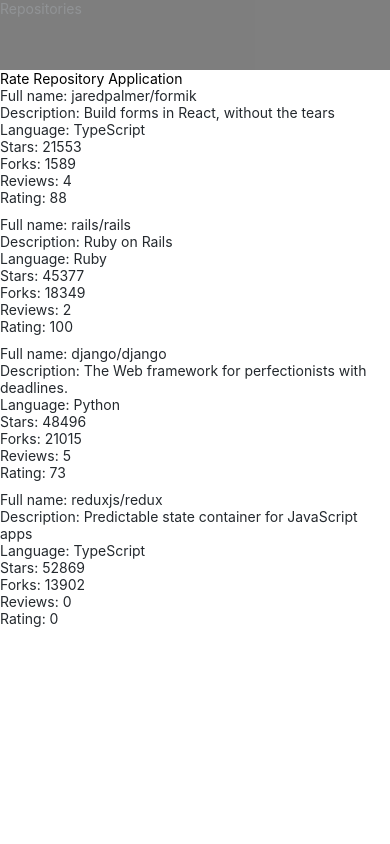
Repository: OrmeSile/react-native-FSO
Screen: / (app in rate-repository-app/)
The author's editor kept a copy of each file at every save. The screen is drawn from the files as they stood at one save, then again after a run of saves.
The app was drawn by React Native's web renderer in a window 390 px wide. The project was rebuilt for these pictures with package versions that can differ from the ones it lists, and the page was loaded fresh each time. Some packages were replaced by stand-ins written for this rebuild.

Above is the screen before, as saved 2022-05-15 16:34:08.

### rate-repository-app/src/components/Main.jsx
import { Text, StyleSheet, View } from 'react-native';
import AppBar from './AppBar';
import RepositoryList from './RepositoryList';

const styles = StyleSheet.create({
  container: {
    flexGrow: 1,
    flexShrink: 1,
  },
});

const Main = () => {
  return (
    <View style={styles.container}>
      <AppBar/>
      <Text>Rate Repository Application</Text>
        <RepositoryList />
    </View>
  );
};

export default Main;

### rate-repository-app/src/components/AppBar.jsx
import { View, StyleSheet, Pressable } from 'react-native';
import Text from './Text';
import Constants from 'expo-constants';
import theme from '../theme';

const styles = StyleSheet.create({
  container: {
    paddingTop: Constants.statusBarHeight,
    height: 70,
    backgroundColor: 'black',
    opacity: 0.5
  },
  pressableTab: {

  }
});

const AppBar = () => {
  return <View style={styles.container}>
    <Pressable>
      <Text>Repositories</Text>
    </Pressable>
  </View>;
};

export default AppBar;

### rate-repository-app/src/components/RepositoryList.jsx
import { FlatList, View, StyleSheet } from 'react-native';
import RepositoryItem from './RepositoryItem';

const styles = StyleSheet.create({
  separator: {
    height: 10,
  },
});

const repositories = [
  {
    id: 'jaredpalmer.formik',
    fullName: 'jaredpalmer/formik',
    description: 'Build forms in React, without the tears',
    language: 'TypeScript',
    forksCount: 1589,
    stargazersCount: 21553,
    ratingAverage: 88,
    reviewCount: 4,
    ownerAvatarUrl: 'https://avatars2.githubusercontent.com/u/4060187?v=4',
  },
  {
    id: 'rails.rails',
    fullName: 'rails/rails',
    description: 'Ruby on Rails',
    language: 'Ruby',
    forksCount: 18349,
    stargazersCount: 45377,
    ratingAverage: 100,
    reviewCount: 2,
    ownerAvatarUrl: 'https://avatars1.githubusercontent.com/u/4223?v=4',
  },
  {
    id: 'django.django',
    fullName: 'django/django',
    description: 'The Web framework for perfectionists with deadlines.',
    language: 'Python',
    forksCount: 21015,
    stargazersCount: 48496,
    ratingAverage: 73,
    reviewCount: 5,
    ownerAvatarUrl: 'https://avatars2.githubusercontent.com/u/27804?v=4',
  },
  {
    id: 'reduxjs.redux',
    fullName: 'reduxjs/redux',
    description: 'Predictable state container for JavaScript apps',
    language: 'TypeScript',
    forksCount: 13902,
    stargazersCount: 52869,
    ratingAverage: 0,
    reviewCount: 0,
    ownerAvatarUrl: 'https://avatars3.githubusercontent.com/u/13142323?v=4',
  },
];

const ItemSeparator = () => <View style={styles.separator} />;

const RepositoryList = () => {
  return (
    <FlatList
      data={repositories}
      ItemSeparatorComponent={ItemSeparator}
      renderItem={({ item }) => (
        <RepositoryItem key={item.id} item={item}/>
      )}
    />
  );
};

export default RepositoryList;

### rate-repository-app/src/components/Text.jsx
import { Text as NativeText, StyleSheet } from 'react-native';

import theme from '../theme';

const styles = StyleSheet.create({
  text: {
    color: theme.colors.textPrimary,
    fontSize: theme.fontSizes.body,
    fontFamily: theme.fonts.main,
    fontWeight: theme.fontWeights.normal,
  },
  colorTextSecondary: {
    color: theme.colors.textSecondary,
  },
  colorPrimary: {
    color: theme.colors.primary,
  },
  fontSizeSubheading: {
    fontSize: theme.fontSizes.subheading,
  },
  fontWeightBold: {
    fontWeight: theme.fontWeights.bold,
  },
});

const Text = ({ color, fontSize, fontWeight, style, ...props }) => {
  const textStyle = [
    styles.text,
    color === 'textSecondary' && styles.colorTextSecondary,
    color === 'primary' && styles.colorPrimary,
    fontSize === 'subheading' && styles.fontSizeSubheading,
    fontWeight === 'bold' && styles.fontWeightBold,
    style,
  ];

  return <NativeText style={textStyle} {...props} />;
};

export default Text;

### rate-repository-app/src/theme.js
const theme = {
  colors: {
    textPrimary: '#24292e',
    textSecondary: '#586069',
    primary: '#0366d6',
    appBarBackgroundColor: '#24292e'
  },
  fontSizes: {
    body: 14,
    subheading: 16,
  },
  fonts: {
    main: 'System',
  },
  fontWeights: {
    normal: '400',
    bold: '700',
  },
};

export default theme;

### rate-repository-app/src/components/RepositoryItem.jsx
import { View } from 'react-native';
import Text from './Text';

const RepositoryItem = ({ item }) => {
  return (
    <View>
      <Text>Full name: {item.fullName}</Text>
      <Text>Description: {item.description}</Text>
      <Text>Language: {item.language}</Text>
      <Text>Stars: {item.stargazersCount}</Text>
      <Text>Forks: {item.forksCount}</Text>
      <Text>Reviews: {item.reviewCount}</Text>
      <Text>Rating: {item.ratingAverage}</Text>
    </View>
  );
};

export default RepositoryItem;

Loaded but not shown: rate-repository-app/App.js (common file)

After the next 2 saves:
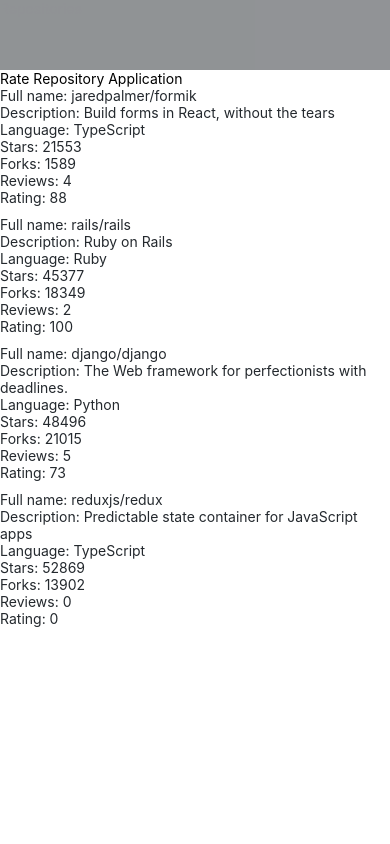
The 2 saves are shown as one change because they came seconds apart.
The last was saved 9 s later.
--- a/rate-repository-app/src/components/AppBar.jsx
+++ b/rate-repository-app/src/components/AppBar.jsx
@@ -7,7 +7,7 @@
   container: {
     paddingTop: Constants.statusBarHeight,
     height: 70,
-    backgroundColor: 'black',
+    backgroundColor: theme.colors.appBarBackgroundColor,
     opacity: 0.5
   },
   pressableTab: {
